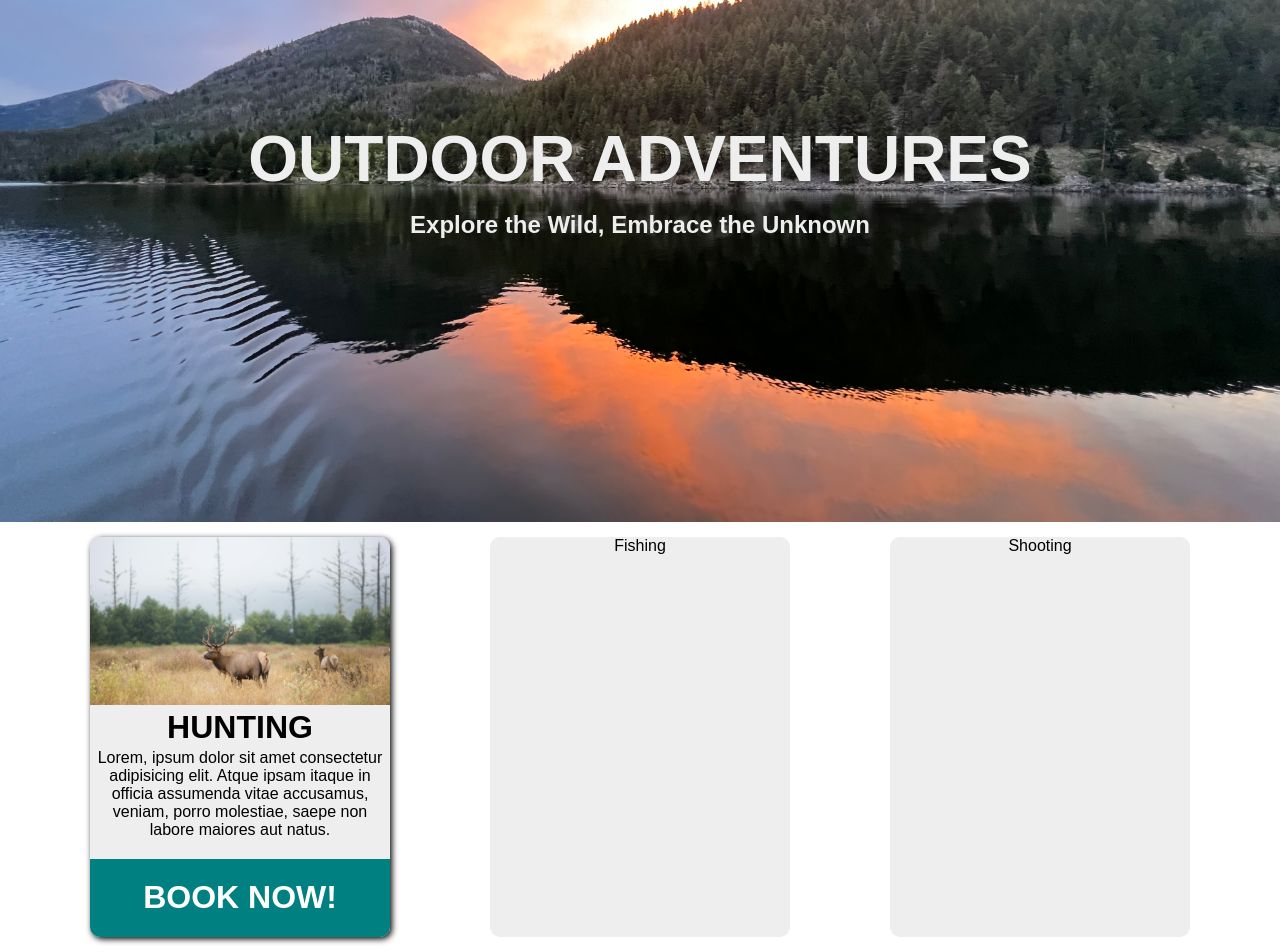
Repository: iforgotmylogin/WebDesignFinal
Page: index.html
An editor plug-in stored every save of this project. The page is shown before and after the next save, followed by the edit.
The browser window is 1280 px wide. The pictures show the part of the page from y = 290 to 1242 px (the page is 1242 px tall).
A picture or video elsewhere on the page could not be fetched, so the positions and the page height are approximate.

Above is the page before, as saved 2024-04-07 18:43:39.

### index.html
<!DOCTYPE html>
<html lang="en">
<head>
    <link rel="stylesheet" href="css/global.css">
    <link rel="stylesheet" href="css/navbar.css">
    <link rel="stylesheet" href="css/dropdown.css">
    <link rel="stylesheet" href="https://cdn.jsdelivr.net/npm/aos@2.3.4/dist/aos.css">
    <link rel="stylesheet" href="css/homepage.css">
    <meta http-equiv="X-UA-Compatible" content ="IE=edge">
    <meta charset="UTF-8">
    <meta name="viewport" content="width=device-width, initial-scale=1.0">
    <title>Outdoor Adventures</title>
</head>
<body>
    <header>
        <a href="#"><img src="images/outdoor-adventure-logo-color.png" alt="Logo" class="logo"></a>
       <nav>
        <ul>
            <li>
                <a href="#">About</a>
            </li>
            <li class="dropdown">
                <a href="html/Booking.html">Booking</a>
                <div class="dropdown-content">
                    <a href="#">Hunting</a>
                    <a href="#">Fishing</a>
                    <a href="#">Shooting</a>
                    <a href="#">ATV Rental</a>
                </div>
            </li>
            <li>
                <a href="html/Reviews.html">Reviews</a>
            </li>
            <li>
                <a href="#">Careers</a>
            </li>
            <li>
                <a href="#">Contact</a>
            </li>
        </ul>
    </nav>



    </header>
    <main class="hero_image">
        <h1>Outdoor Adventures</h1>
        <h2>Explore the Wild, Embrace the Unknown</h2>
    </main>

    <div class="container">
        <a  href="#" data-aos="fade-up" class="box hunting">
            <img src="images/HuntingBackdrop.jpg" alt="Image of an Elk">
            <h1>Hunting</h1>
            <p>Lorem, ipsum dolor sit amet consectetur adipisicing elit. Atque ipsam itaque in officia assumenda vitae accusamus, veniam, porro molestiae, saepe non labore maiores aut natus.</p>
            <div class="home-booking-button">
                <h1>Book Now!</h1>
            </div>
        </a>

        <div data-aos="fade-up" class="box Fishing">Fishing</div>

        <div data-aos="fade-up" class="box Shooting">Shooting</div>
    </div>



    <!-- Use <div data-aos="fade-up"><div> for really cool animations that use this java script!! -->
    <script src="https://cdn.jsdelivr.net/npm/aos@2.3.4/dist/aos.js"></script>
    <script>
      AOS.init();
    </script>
</body>
</html>

### css/global.css
*{
    font-family: Arial, Helvetica, sans-serif;
}
.hero_image{
    position: absolute;
    z-index: 1;
    margin: 0 auto;
    justify-content: center;
    top: 0px;
    padding: 50px;
    height: 600px;
    position: relative;
    background-image: url("../images/IMG_0679.jpeg");
    background-size: cover;
    background-position: center;
}

.hero_image h1{
    font-size: 400%;
    color: #eee;
    text-transform: uppercase;
    text-align: center;
    margin: 250px 0 auto;
}

.hero_image h2{
    margin: 15px 0 auto;
    text-align: uppercase;
    text-align: center;
    color:#eee;
}

h1.global{
    text-align: center;
}

#usrReview_1{
    outline: 2px solid red; /*This is for "debugging" where the div is and how it's behaving*/

    padding: 30px;
}

#userPfp{
    float: left;
    max-width: 90%;
    width: 200px;
    margin-right: 10px; /* adds some spacing between the image and the text*/

}

### css/navbar.css
body{
    margin:0px;
}


header{
    display: flex;
    justify-content: space-between;
    background-color: #eee;
    border-bottom: 5px white;
    box-shadow: 0 0 5px rgba(0,0,0,.2);
}

header .logo{
    height: 100px;
    padding:4px;
}

header nav{
    display: flex;
    align-items: center;
}
header nav ul{
    margin: 0px;
    padding: 0px;
    text-align: right;
    display: flex;
    width: 100%;
    justify-content: end;
}
header nav ul li{
    list-style-type: none;
}

header nav ul li a{
  text-decoration: none;
  color: #666;
  font-weight: bold;
  font-size:15px;
  text-transform:uppercase;
  font-family:Helvetica, sans-serif;
  padding:49px 30px;
  transition: all .3s linear;
}
header nav ul li a:hover{
    background-color:teal;
    color:white;
}

header nav ul li a.active{
    background-color: burlywood;
}

### css/dropdown.css
.dropbtn {
    background-color: #eee;
    color: white;
    padding: 16px;
    font-size: 16px;
    border: none;
  }

  .dropdown {
    align-items: center;
    display: inline-block;
  }

  .dropdown-content {
    display: none;
    position:absolute;
    background-color: #eee;
    min-width: 136px;
    box-shadow: 0px 8px 16px 0px rgba(0,0,0,0.2);
    z-index: 1;
    top: 14%;
    z-index: 2; /* Makes the dropdown menu appear over the hero image */
  }

  /* Links inside the dropdown */
  .dropdown-content a {
    color: black;
    padding: 12px 16px;
    text-decoration: none;
    text-align: center;
    display: block;
  }

  .dropdown-content a:hover {background-color: teal;}

  .dropdown:hover .dropdown-content {display: block;}

  .dropdown:hover .dropbtn {background-color: teal;}

### css/homepage.css
*{
    margin:0;
    padding:0;
}
.container{
    position:relative;
    width: 100%;
    height: auto;
    display: flex;
    flex-direction: row;
    justify-content: center;
}
.box{
    position: relative;
    width: 300px;
    height: 400px;
    background:#eee;
    text-align: center;
    margin: 15px;
    box-sizing: border-box;
    overflow: hidden;
    margin-left: 50px;
    margin-right: 50px;
    border-radius: 10px;
}
.container a{
    text-decoration: none;
    color:black;
    box-shadow: 2px 2px 6px black;
}
.box:hover{

}
.hunting img{
    width: 100%;
}
.hunting h1{
    padding-bottom: 3px;
    text-transform: uppercase;
}
.hunting p{
    padding-bottom: 20px;
}
.home-booking-button{
    padding-top: 15px;
    padding-bottom: 20px;
    background-color: teal;
}
.home-booking-button h1{
    padding-top:5px;
    color:white;
}

After the next save:
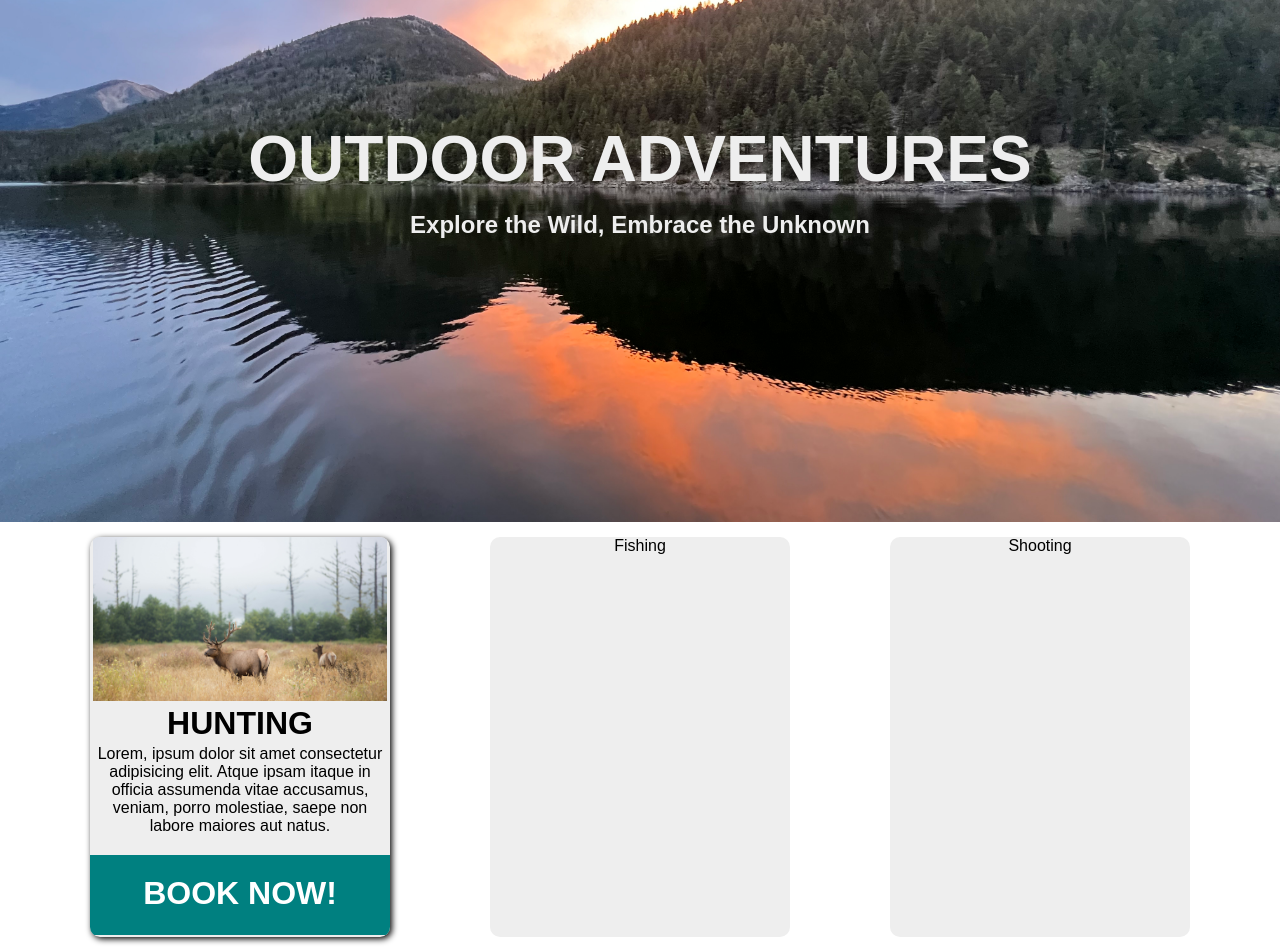
Saved 29 s later.
--- a/css/homepage.css
+++ b/css/homepage.css
@@ -32,7 +32,7 @@
 
 }
 .hunting img{
-    width: 100%;
+    width: 98%;
 }
 .hunting h1{
     padding-bottom: 3px;
